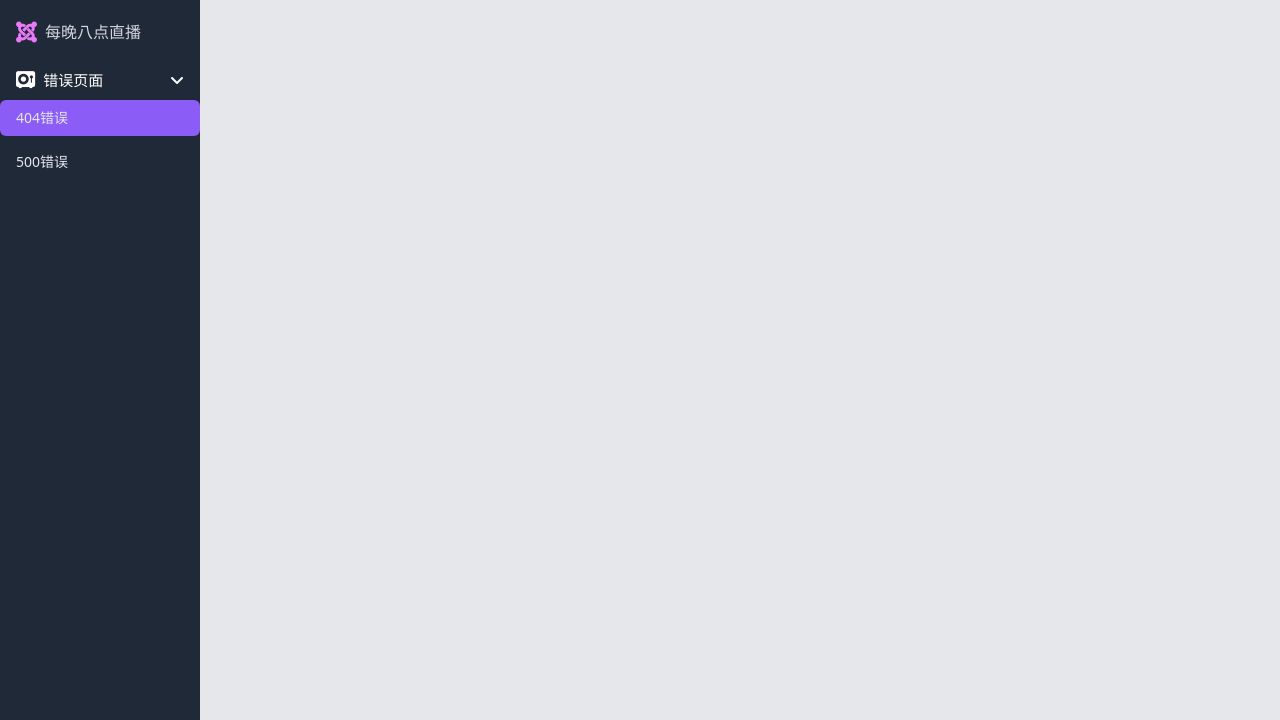
Repository: liangyingbo/vite-vue-TS
Page: /#/admin/home
An editor plug-in stored every save of this project. The page is shown before and after the next save, followed by the edit.
The browser window is 1280 px wide. The pictures show the whole page.
The project was rebuilt for these pictures with package versions that can differ from the ones it lists, and the page was loaded fresh each time. Also part of the build but not shown: vite.config.ts, src/components/form/HdButton.vue, src/components/form/HdInput.vue, src/components/form/hdLink.vue, src/styles/global.scss.

Above is the page before, as saved 2022-11-18 20:27:56.

### index.html
<!DOCTYPE html>
<html lang="en">
  <head>
    <meta charset="UTF-8" />
    <link rel="icon" type="image/svg+xml" href="/vite.svg" />
    <meta name="viewport" content="width=device-width, initial-scale=1.0" />
    <link href="https://cdn.bootcdn.net/ajax/libs/font-awesome/6.2.0/css/all.css" rel="stylesheet">
    <title>Vite + Vue + TS</title>
  </head>
  <body>
    <div id="app"></div>
    <script type="module" src="/src/main.ts"></script>
  </body>
</html>

### src/main.ts
import { createApp } from 'vue'
import router, { setupRouter } from '@/router'
import { setupPlugins } from '@/plugins'
import '@/styles/global.scss'
import App from './App.vue'

async function bootstrap() {
    const app = createApp(App)
    setupRouter(app)
    setupPlugins(app)
    await router.isReady()
    app.mount('#app')
}
bootstrap()

### src/router/index.ts
import { App } from 'vue';
import { createRouter, createWebHashHistory } from 'vue-router'
import routes from './routes';
import layoutRoutes from './autoLoad';
import guard from './guard';
const router = createRouter({
    history: createWebHashHistory(),
    routes : [...routes,...layoutRoutes]
})
export function setupRouter(app:App){

    guard(router)
    app.use(router)
}

export default router;

### src/plugins/index.ts
import { App } from "vue";
import { setupTailWindCssPlugin } from "./tailwindcss";

export function setupPlugins(app: App) {
    autoRegisterComponent(app)

    setupTailWindCssPlugin()
}



function autoRegisterComponent(app: App) {
    const components = import.meta.glob('../components/form/*.vue', { eager: true })
    console.log(components)
    Object.keys(components).forEach(key => {
        const name = key.split('/').pop()?.split('.')[0] as string

        app.component(name, components[key].default)
    })
}

### src/App.vue
<script setup lang="ts">

// import {info} from '@/apis/userApi'

//const response =  info()
// console.log(response.then(res=>res.data.age))
// console.log()

 </script>

 <template>

    <router-view ></router-view>
 </template>

<style scoped>
</style>

### src/router/routes.ts
import { RouteRecordRaw } from "vue-router"
 const routes = [
    {
        path:'/home',
        name:'home',
        component:() => import("@/views/home.vue"),
    }
]  as  RouteRecordRaw[]

export default routes

### src/router/autoLoad.ts
import { RouteRecordRaw } from "vue-router";


const layout = import.meta.glob('../layouts/*.vue')
const children = import.meta.glob('../views/**/*.vue')
function getRoutes() {
    const layoutRoutes = [] as RouteRecordRaw[]
    Object.entries(layout).forEach(([file, module]) => {
        const route = getRouteByModule(file, module)
        route.children = getChildrenRoutes(route)
        layoutRoutes.push(route)
    })
    return layoutRoutes
}


// 根据布局路由匹配子路由
function getChildrenRoutes(layoutRoute: RouteRecordRaw) {
    const routes = [] as RouteRecordRaw[]
    Object.entries(children).forEach(([file, module]) => {
        if (file.includes(`../views/${layoutRoute.name as string}`)) {
            const route = getRouteByModule(file, module)
            routes.push(route)
        }
    })
    return routes
}

function getRouteByModule(file: string, module: () => Promise<unknown>) {
    const name = file.replace(/.+layouts\/|.+views\/|\.vue/gi, '')
    const route = {
        name: name.replace('/', '.'),
        path: `/${name}`,
        component: module
    } as RouteRecordRaw

    return route
}
export default getRoutes()

### src/router/guard.ts
 import { RouteLocationNormalized, Router } from "vue-router"


class Guard {
    constructor(private router: Router) { }

    public run() {
          this.router.beforeEach((to,from) =>{
            console.log(to)
             if(!this.isLogin(to)) return {name:'auth.login'}


          })
    }

    private isLogin(route:RouteLocationNormalized){
        // console.log(route.meta)
        console.log(route.meta)
        return true
    }
}

export default (router: Router) => {
    new Guard(router).run()
}

### src/plugins/tailwindcss/index.ts
import './tailwindcss.css'

export function setupTailWindCssPlugin(){

}

### src/layouts/admin.vue
<template>
    <div>
         <router-view></router-view>
    </div>
</template>
<script lang="ts" setup>
import routes from "@/router/routes";


</script>

<script lang="ts">
export default {
    route:{meta:{auth:true}}
}
</script>

<style lang="scss" scoped>

</style>

### src/views/admin/home.vue
<template>
    <div class=" admin w-screen h-screen flex ">
        <div class="w-[200px] py-2 bg-gray-800">
             <div class="text-white  flex items-center py-2 px-4">
                <i class="fab fa-joomla text-2xl text-fuchsia-400 mr-2"></i>
                <span class="text-base text-gray-300">每晚八点直播</span>
             </div>
             <div class="left-container">
                <dl class="text-white mt-3">
                    <dt class="px-4">
                       <section class="flex justify-between items-center cursor-pointer">
                        <div>
                        <i class="fas fa-vault text-[17px]"></i>
                        <span class="ml-2 text-[15px]">错误页面</span>
                        </div>
                        <i class="fas fa-angle-down"></i>
                       </section>
                    </dt>
                    <dd class="my-2 px-4 py-2 bg-violet-500  rounded-md text-gray-200 cursor-pointer hover:bg-violet-600 duration-300 text-sm">404错误</dd>
                    <dd class="my-2 px-4 py-2 rounded-md text-gray-200 cursor-pointer hover:bg-violet-600 duration-300 text-sm">500错误</dd>

                </dl>
             </div>
        </div>
        <div class="bg-gray-200 flex-1">
            <router-view></router-view>
        </div>
    </div>
</template>

<script lang="ts" setup></script>

<style lang="scss" scoped>

</style>

Loaded but not shown: src/plugins/tailwindcss/tailwindcss.css (common file); tailwind.config.cjs (common file)

After the next save:
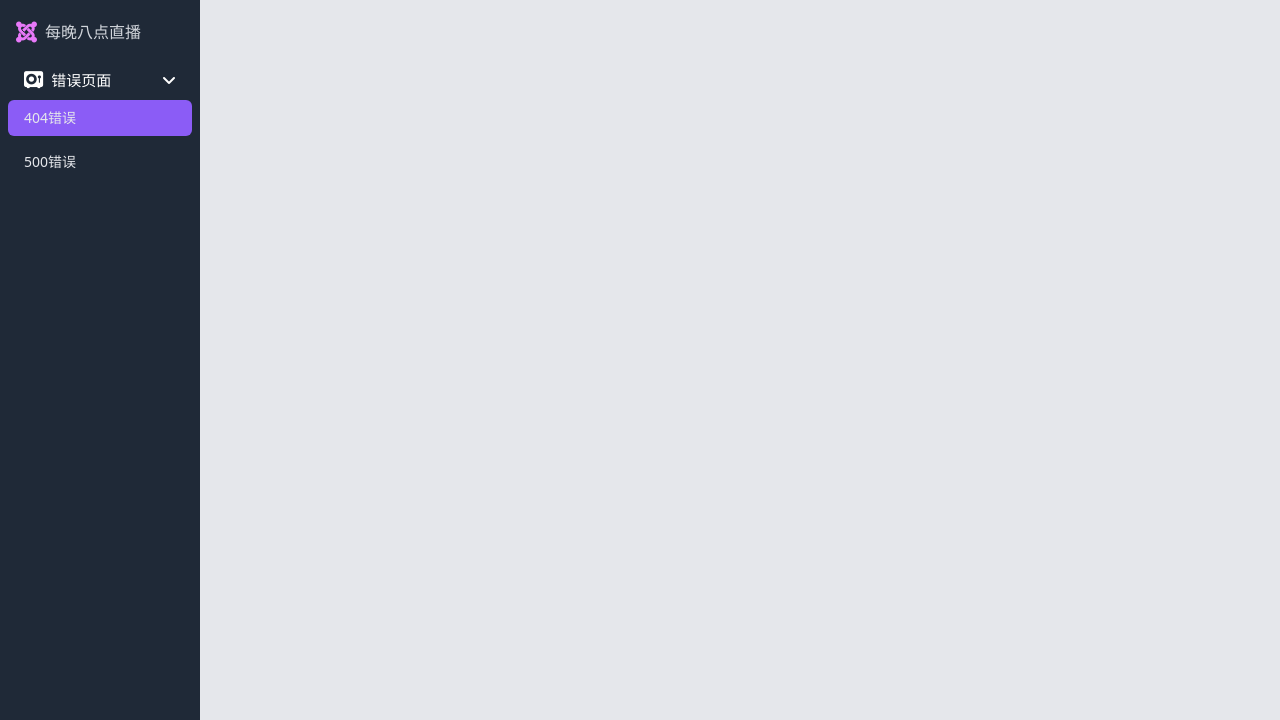
Saved 27 s later.
--- a/src/views/admin/home.vue
+++ b/src/views/admin/home.vue
@@ -6,7 +6,7 @@
                 <span class="text-base text-gray-300">每晚八点直播</span>
              </div>
              <div class="left-container">
-                <dl class="text-white mt-3">
+                <dl class="text-white mt-3 mx-2">
                     <dt class="px-4">
                        <section class="flex justify-between items-center cursor-pointer">
                         <div>
